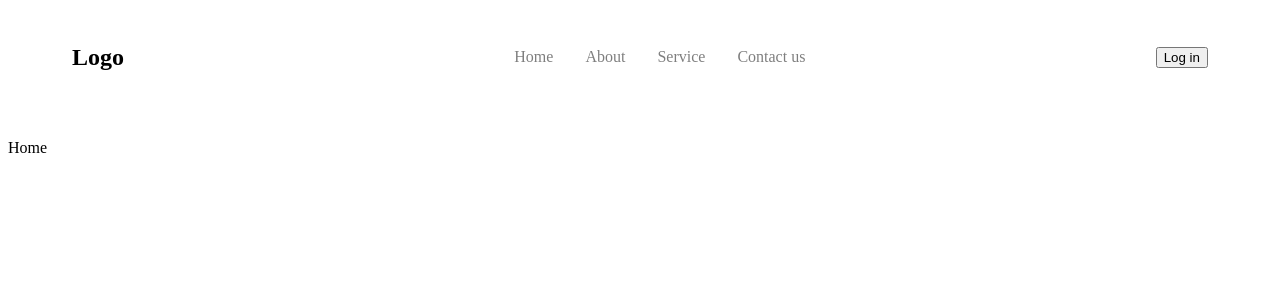
Repository: rehamtaher10/thirdReactTask
Page: /
These files come from the project's save history. The page is drawn as it stood at one moment and after a run of saves; the edit follows.
The browser window is 1280 px wide. The pictures show the whole page.
The project was rebuilt for these pictures with package versions that can differ from the ones it lists, and the page was loaded fresh each time. Also part of the build but not shown: vite.config.js, src/components/AboutPage/About.jsx, src/components/ContactUsPage/ContactUs.jsx, src/components/ServicePage/Service.jsx.

Above is the page before, as saved 2024-11-27 22:09:21.

After the next 2 saves:
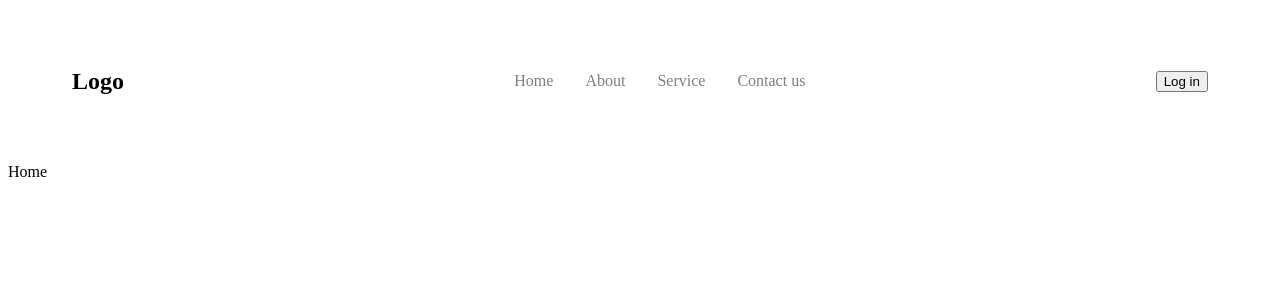
The 2 saves are shown as one change because they came seconds apart.
The last was saved 79 s later.
--- a/src/style/navBar.css
+++ b/src/style/navBar.css
@@ -5,7 +5,7 @@
     justify-content: space-between;
     padding-block: 1em;
     background-color: transparent;
-    margin-bottom: 2em;
+    margin-block: 2em;
 }
 .navbar_menu ul {
     display: flex;
